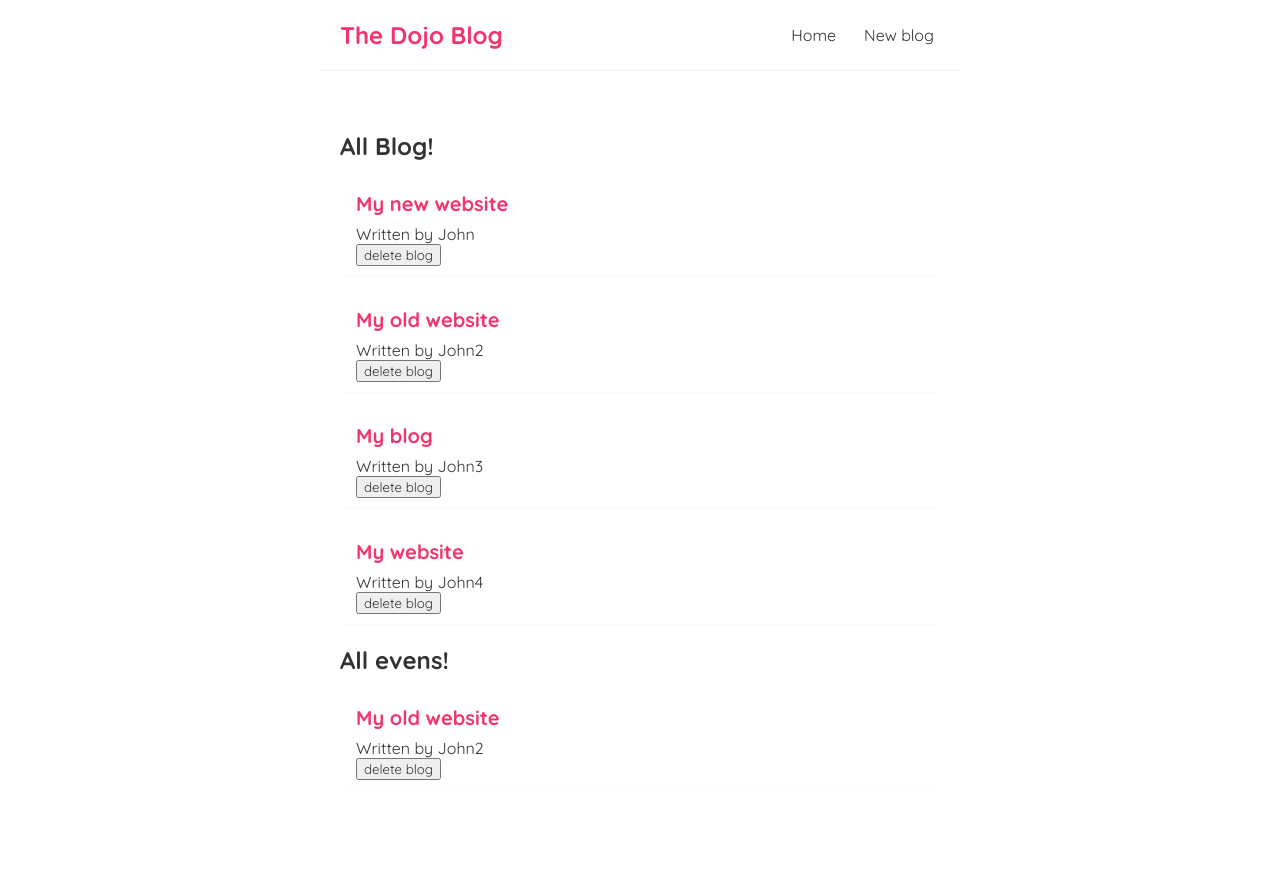
Repository: Samkiroko/full-reacr-ninja
Page: /
The author's editor kept a copy of each file at every save. The page is drawn from the files as they stood at one save, then again after the next save.
The browser window is 1280 px wide. The pictures show the whole page.
The project was rebuilt for these pictures with package versions that can differ from the ones it lists, and the page was loaded fresh each time.

Above is the page before, as saved 2021-07-19 18:52:32.

### src/index.css
@import url('https://fonts.googleapis.com/css2?family=Quicksand:wght@300;400;500;600;700&display=swap');

/* base styles */

* {
    margin: 0;
    font-family: 'Quicksand';
    color: #333;
}

.navbar {
    padding: 20px;
    display: flex;
    align-items: center;
    max-width: 600px;
    margin: 0 auto;
    border-bottom: 1px solid #f2f2f2;
}

.navbar h1 {
    color: #f1356d;
}

.navbar .links {
    margin-left: auto;
}

.navbar a {
    margin-left: 16px;
    text-decoration: none;
    padding: 6px;
}

.navbar a:hover {
    color: #f1356d;
}

.content {
    max-width: 600px;
    margin: 40px auto;
    padding: 20px;
}


/* blog previews / list */

.blog-preview {
    padding: 10px 16px;
    margin: 20px 0;
    border-bottom: 1px solid #fafafa;
}

.blog-preview:hover {
    box-shadow: 1px 3px 5px rgba(0, 0, 0, 0.1);
}

.blog-preview h2 {
    font-size: 20px;
    color: #f1356d;
    margin-bottom: 8px;
}

### src/App.js
import Home from './Home'
import Navbar from './Navbar'

function App() {
  return (
    <div className='App'>
      <Navbar />
      <div className='content'>
        <Home />
      </div>
    </div>
  )
}

export default App

### src/Home.js
import { useState } from 'react'
import BlogList from './BlogList'

const Home = () => {
  const [blog, setBlog] = useState([
    { title: 'My new website', body: 'This is my new website', author: 'John', id: 1 },
    { title: 'My old website', body: 'This is my old website', author: 'John2', id: 2 },
    { title: 'My blog', body: 'This is my blog', author: 'John3', id: 3 },
    { title: 'My website', body: 'This is my website', author: 'John4', id: 4 },
  ])

  const handleDelete = (id) => {
    const newBlog = blog.filter((blog) => blog.id !== id)
    setBlog(newBlog)
  }

  return (
    <div className='home'>
      <BlogList blogs={blog} title='All Blog!' />
      <BlogList blogs={blog.filter((blog) => blog.author === 'John2')} title='All evens!' />
    </div>
  )
}

export default Home

### src/Navbar.js
import React from 'react'

const Navbar = () => {
  return (
    <nav className='navbar'>
      <h1>The Dojo Blog</h1>
      <div className='links'>
        <a href='/'>Home</a>

        <a href='/create'>New blog</a>
      </div>
    </nav>
  )
}

export default Navbar

### src/BlogList.js
const BlogList = ({ blogs, title, handleDelete }) => {
  return (
    <div className='blog-list'>
      <h2>{title}</h2>
      {blogs.map((blog) => (
        <div className='blog-preview' key={blog.id}>
          <h2>{blog.title}</h2>
          <p>Written by {blog.author}</p>
          <button onClick={() => handleDelete(blog.id)}>delete blog</button>
        </div>
      ))}
    </div>
  )
}

export default BlogList

Loaded but not shown: public/index.html (common file); src/index.js (common file)

After the next save:
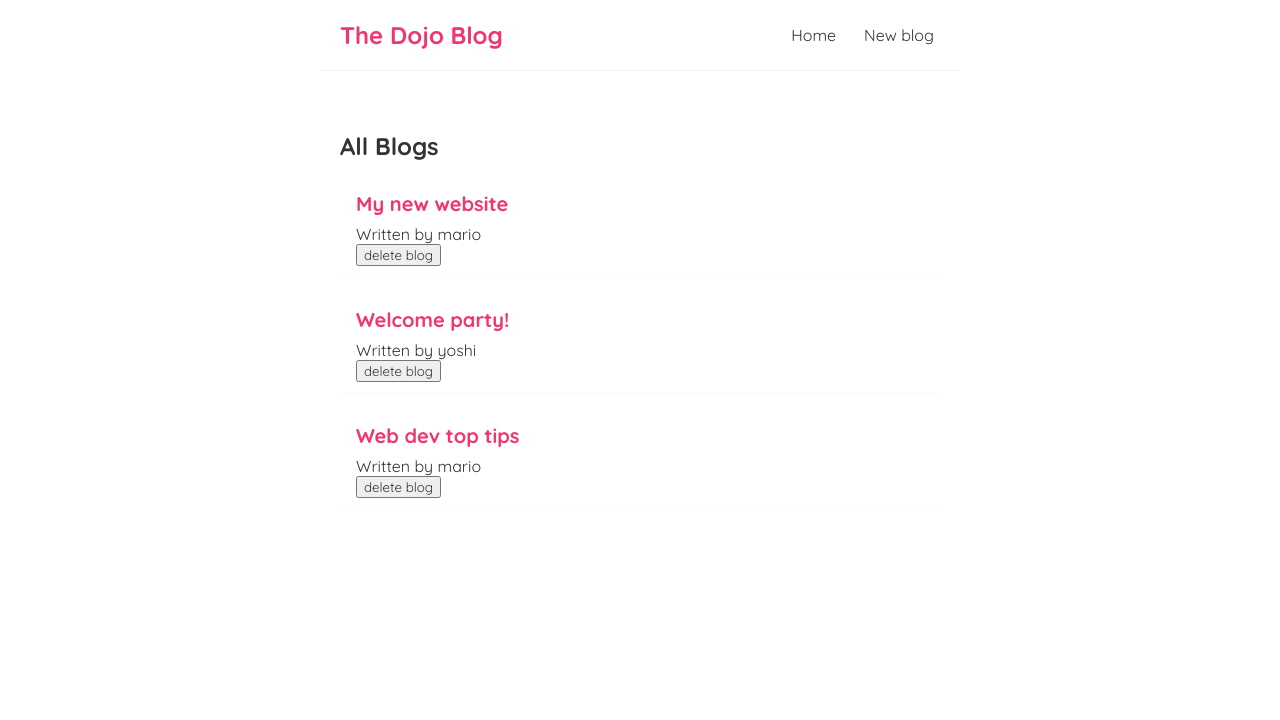
Saved 78 s later.
--- a/src/Home.js
+++ b/src/Home.js
@@ -2,22 +2,20 @@ import { useState } from 'react'
 import BlogList from './BlogList'
 
 const Home = () => {
-  const [blog, setBlog] = useState([
-    { title: 'My new website', body: 'This is my new website', author: 'John', id: 1 },
-    { title: 'My old website', body: 'This is my old website', author: 'John2', id: 2 },
-    { title: 'My blog', body: 'This is my blog', author: 'John3', id: 3 },
-    { title: 'My website', body: 'This is my website', author: 'John4', id: 4 },
+  const [blogs, setBlogs] = useState([
+    { title: 'My new website', body: 'lorem ipsum...', author: 'mario', id: 1 },
+    { title: 'Welcome party!', body: 'lorem ipsum...', author: 'yoshi', id: 2 },
+    { title: 'Web dev top tips', body: 'lorem ipsum...', author: 'mario', id: 3 },
   ])
 
   const handleDelete = (id) => {
-    const newBlog = blog.filter((blog) => blog.id !== id)
-    setBlog(newBlog)
+    const newBlogs = blogs.filter((blog) => blog.id !== id)
+    setBlogs(newBlogs)
   }
 
   return (
     <div className='home'>
-      <BlogList blogs={blog} title='All Blog!' />
-      <BlogList blogs={blog.filter((blog) => blog.author === 'John2')} title='All evens!' />
+      <BlogList blogs={blogs} title='All Blogs' handleDelete={handleDelete} />
     </div>
   )
 }
